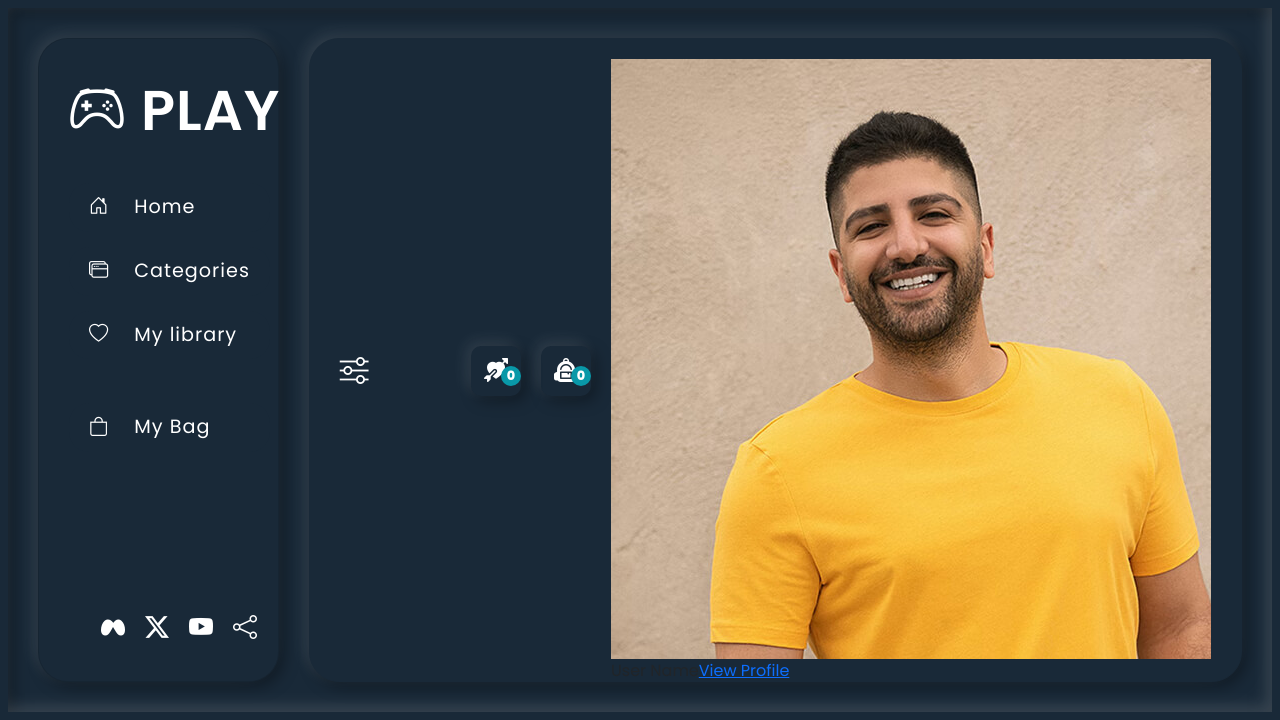
Repository: Ego-Wolf/Ecommerce-game-Reactjs
Page: /
An editor plug-in stored every save of this project. The page is shown before and after the next save, followed by the edit.
The browser window is 1280 px wide. The pictures show the whole page.
The project was rebuilt for these pictures with package versions that can differ from the ones it lists, and the page was loaded fresh each time.

Above is the page before, as saved 2023-12-21 23:51:32.

### public/index.html
<!DOCTYPE html>
<html lang="en">
  <head>
    <meta charset="utf-8" />
    <link rel="icon" href="%PUBLIC_URL%/favicon.ico" />
    <meta name="viewport" content="width=device-width, initial-scale=1" />
    <meta name="theme-color" content="#000000" />
    <meta
      name="description"
      content="Web site created using create-react-app"
    />
    <link rel="apple-touch-icon" href="%PUBLIC_URL%/logo192.png" />
    <link rel="manifest" href="%PUBLIC_URL%/manifest.json" />
    <title>Wolf Ecommerce | Game</title>

    <!-- Bootstraps & Bootstraps Icon -->
    <link href="https://cdn.jsdelivr.net/npm/bootstrap@5.3.2/dist/css/bootstrap.min.css" rel="stylesheet" integrity="sha384-T3c6CoIi6uLrA9TneNEoa7RxnatzjcDSCmG1MXxSR1GAsXEV/Dwwykc2MPK8M2HN" crossorigin="anonymous">
    <link rel="stylesheet" href="https://cdn.jsdelivr.net/npm/bootstrap-icons@1.11.2/font/bootstrap-icons.min.css">
  </head>
  <body>
    <noscript>You need to enable JavaScript to run this app.</noscript>
    <div id="root"></div>

  </body>
</html>

### src/App.js
import React from 'react';
import './App.css';
import Main from "./pages/Main";

function App() {
  return (
    <Main/>
  );
}

export default App;

### src/App.css
/* Google Font */
@import url('https://fonts.googleapis.com/css2?family=Poppins:wght@300;400;500;600;700;800;900&display=swap');


*{
  padding: 0;
  margin: 0;
  box-sizing: border-box;
}

:root {
  --primary: #0d171f;
  --second: #0998a8;
  --bgColor: #192938;
}

h1,
h2,
h4,
p {
  color: #ffffff;
}

body {
  position: relative;
  background: var(--bgColor);
  font-family: 'Poppins', sans-serif;
  width: 100%;
  min-height: 100vh;
  overflow: hidden;
}

### src/pages/Main.jsx
import React from 'react'
import './Main.css'
import SideMenu from '../components/SideMenu'
import Header from './Header'

function Main() {
  return (
    <main>
        <SideMenu/>
        <div className="banner">
          <Header/>
        </div>
    </main>
  )
}

export default Main

### src/pages/Main.css
main {
    position: absolute;
    top: 0;
    left: 0;
    right: 0;
    bottom: 0;
    padding: 30px;
    border: 8px solid var(--bgColor);
    box-shadow: -5px -5px 15px rgba(255, 255, 255, 0.15),
    5px 5px 15px rgba(0, 0, 0, 0.35),
    inset -5px -5px 15px rgba(255, 255, 255, 0.15),
    inset 5px 5px 15px rgba(0, 0, 0, 0.35);
    display: flex;
    justify-content: space-between;
    align-items: center;
    gap: 30px;
    overflow: hidden;
    transition: 0.5s;
}

.banner {
    position: relative;
    width: 80%;
    height: 100%;
    border-radius: 30px;
    border: 1px solid var(--bgColor);
    background: var(--bgColor);
    box-shadow: -5px -5px 15px rgba(255, 255, 255, 0.1),
    5px 5px 15px rgba(0, 0, 0, 0.35);
    transition: 1s;
}

### src/components/SideMenu.jsx
import React, {useState} from 'react'
import './SideMenu.css'
import NavListItem from './NavListItem'
import navListData from '../data/navListData'
import socialListData from '../data/socialListData'
import SocialListItem from './SocialListItem'

function SideMenu() {
  const [navData, setNavData] = useState(navListData);
  const [socialData, setSocialData] = useState(socialListData);

  return (
    <div className="sideMenu">
        <a href="#" className="logo">
            <i class="bi bi-controller"></i>
            <span className="brand">Play</span>
        </a>
        <ul className="nav">
          {navData.map(item => (
            <NavListItem key={item._id} item={item} />
          ))}
        </ul>

        <ul className="social">
          {socialData.map(item => (
            <SocialListItem key={item._id} item={item} />
          ))}
        </ul>

    </div>
  );
}

export default SideMenu;

### src/pages/Header.jsx
import React from 'react'
import './Header.css'
import userImg from '../images/user.jpg'

function Header() {
  return (
    <header>
        <a href="#" className='menu'><i class="bi bi-sliders"></i></a>
        <div className="userItems">
            <a href="#" className="icon">
                <i class="bi bi-arrow-through-heart-fill"></i>
                <span className='like'>0</span>
            </a>
            <a href="#" className="icon">
                <i class="bi bi-backpack2-fill"></i>
                <span className="bag">0</span>
            </a>
            <div className="avatar">
                <a href="#"><img src={userImg} alt="User Image" /></a>
                <div className="user">
                    <span>User Name</span>
                    <a href="#">View Profile</a>
                </div>
            </div>
        </div>
    </header>
  )
}

export default Header

### src/components/SideMenu.css
.sideMenu {
    width: 20%;
    height: 100%;
    padding: 30px;
    border: 1px solid rgba(0, 0, 0, 0.1);
    border-radius: 30px;
    background: var(--bgColor);
    box-shadow: -5px -5px 15px rgba(255, 255, 255, 0.1), 5px 5px 15px rgba(0, 0, 0, 0.35);
    display: flex;
    flex-direction: column;
    transition: 1s;
}

.sideMenu .logo {
    position: relative;
    text-decoration: none;
    display: inline-flex;
    align-items: center;
    gap: 15px;
    color: #ffffff;
    font-size: 3.5em;
    font-weight: 600;
    letter-spacing: 1px;
    text-transform: uppercase;
}

.sideMenu .nav {
    margin-top: 30px;
    display: flex;
    flex-direction: column;
    list-style: none;
    gap: 15px;
}

.sideMenu .nav li a {
    text-decoration: none;
    color: #ffffff;
    font-size: 1.2em;
    letter-spacing: 1px;
    display: inline-flex;
    gap: 25px;
    background: var(--bgColor);
    border-radius: 20px;
    padding: 10px 20px;
    width: 100%;
    transition: 0.5s;
}

.sideMenu .nav li a:hover,
.sideMenu .nav li a:active {
    box-shadow: -5px -5px 15px rgba(255, 255, 255, 0.1), 5px 5px 15px rgba(0, 0, 0, 0.35);
}

/* Social */
.sideMenu .social {
    position: absolute;
    bottom: 50px;
    display: flex;
    align-items: center;
    list-style: none;
    gap: 20px;
    transition: 0.5s;
}

.sideMenu .social li a {
    text-decoration: none;
    color: #ffffff;
    font-size: 1.5rem;
    transition: 0.3s;
}

.sideMenu .social li a:hover {
    color: var(--second);
}

.sideMenu .social li .share {
    background: (--second);
    padding: 10px;
    width: 35px;
    height: 35px;
    border-radius: 50%;
    transition: 0.3s;
}

.sideMenu .social li .share:hover {
    background: var(--primary);
}

### src/components/NavListItem.jsx
import React from 'react'
import './NavListItem.css'

function NavListItem({ item }) {
  return (
    <li>
        <a href="#">
            <i className={`bi ${item.icon}`}></i>
            <span className="navName">{item.name}</span>
        </a>
    </li>
  )
}

export default NavListItem

### src/data/navListData.js
const navListData = [
    {
        _id: 1,
        target: 'home',
        name: 'Home',
        icon: 'bi-house-door',
        active: true,
    },
    {
        _id: 2,
        target: 'categories',
        name: 'Categories',
        icon: 'bi-window-stack',
        active: false,
    },
    {
        _id: 3,
        target: 'library',
        name: 'My library',
        icon: 'bi-heart',
        active: false,
    },
    {
        _id: 4,
        target: 'bag',
        name: 'My Bag',
        icon: 'bi-bag',
        active: false,
    },
];

export default navListData;

### src/data/socialListData.js
const socialListData = [
    {
        _id: 1,
        // target: 'meta',
        // name: 'Meta',
        icon: 'bi bi-meta',
        active: true,
    },
    {
        _id: 2,
        // target: 'categories',
        // name: 'Categories',
        icon: 'bi-twitter-x ',
        active: false,
    },
    {
        _id: 3,
        // target: 'library',
        // name: 'My library',
        icon: 'bi-youtube',
        active: false,
    },
    {
        _id: 4,
        // target: 'bag',
        // name: 'My Bag',
        icon: 'bi-share',
        active: false,
    },
];

export default socialListData;

### src/components/SocialListItem.jsx
import React from 'react'
import './SocialListItem.css'

function SocialListItem({ item }) {
  return (
    <li>
      <a href="#">
        <i className={`bi ${item.icon}`}></i>
      </a>
    </li>
  )
}

export default SocialListItem

### src/pages/Header.css
header {
    position: absolute;
    top: 0;
    width: 100%;
    display: flex;
    justify-content: space-between;
    align-items: center;
    padding: 20px 30px;
    z-index: 1000 !important;
    background: transparent;
}

.menu {
    font-size: 1.8rem;
    color: #ffffff;
}

.userItems {
    display: inline-flex;
    align-items: center;
    gap: 20px;
}

.userItems .icon {
    position: relative;
    color: #ffffff;
    font-size: 1.5rem;
    width: 50px;
    height: 50px;
    border-radius: 10px;
    box-shadow: -5px -5px 15px rgba(255, 255, 255, 0.1),
    5px 5px 15px rgba(0, 0, 0, 0.35);
    display: flex;
    justify-content: center;
    align-items: center;
    text-decoration: none;
}

.userItems .icon .like,
.userItems .icon .bag {
    position: absolute;
    right: 0;
    bottom: 10px;
    font-size: 0.8rem;
    font-weight: 800;
    height: 20px;
    width: 20px;
    padding: 3px;
    color: #ffffff;
    background: var(--second);
    border-radius: 50%;
    display: flex;
    justify-content: center;
    align-items: center;
}

Loaded but not shown: src/index.js (common file); src/index.css (common file); src/reportWebVitals.js (common file); src/components/NavListItem.css (no stored copy; drawn as an empty file); src/components/SocialListItem.css (no stored copy; drawn as an empty file)

After the next save:
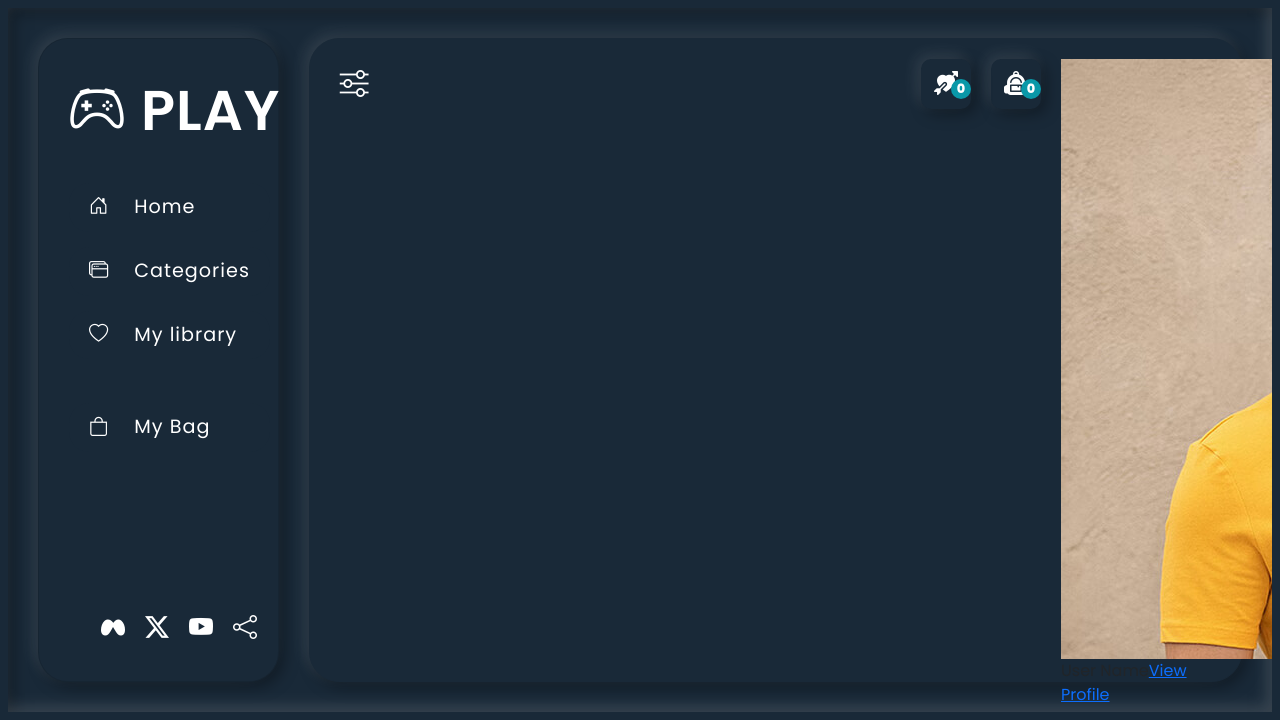
Saved 11 s later.
--- a/src/pages/Header.css
+++ b/src/pages/Header.css
@@ -53,3 +53,9 @@ header {
     justify-content: center;
     align-items: center;
 }
+
+.userItems .avatar {
+    width: 150px;
+    height: 50px;
+
+}
